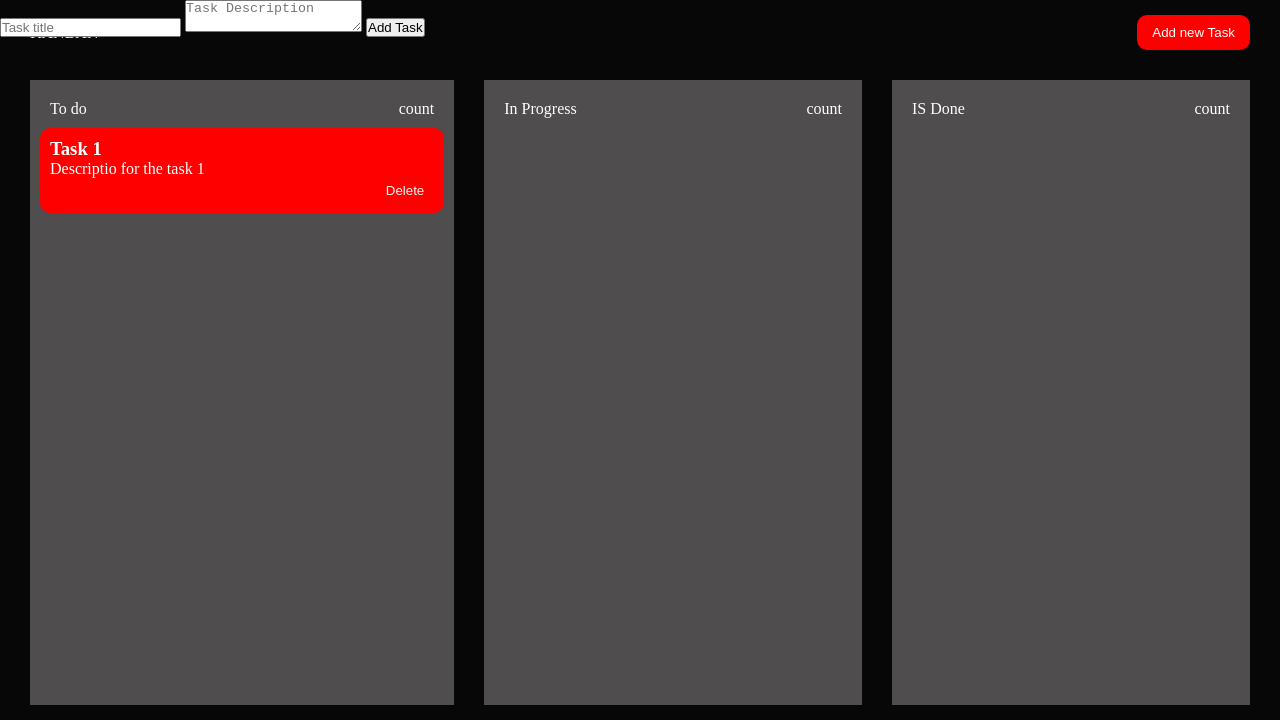
Repository: Sandeepji-5/Kanban-board
Page: index.html
The author's editor kept a copy of each file at every save. The page is drawn from the files as they stood at one save, then again after the next save.
The browser window is 1280 px wide. The pictures show the whole page.

Above is the page before, as saved 2025-12-09 14:23:29.

After the next save:
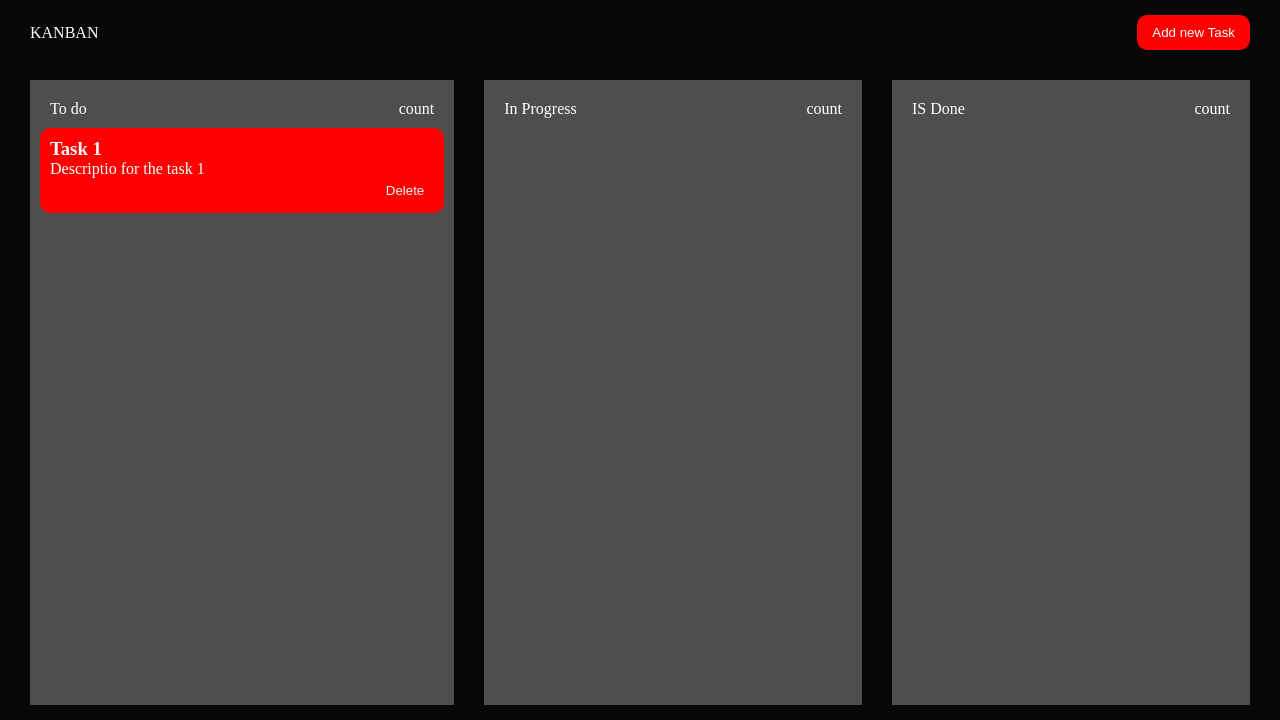
Saved 15 s later.
--- a/style.css
+++ b/style.css
@@ -134,7 +134,7 @@ section .task-column .task button{
 }
 
 .modal{
-    /* display: none; */
+    display: none;
     position: fixed;
     top: 0;
     flex-direction: column;
